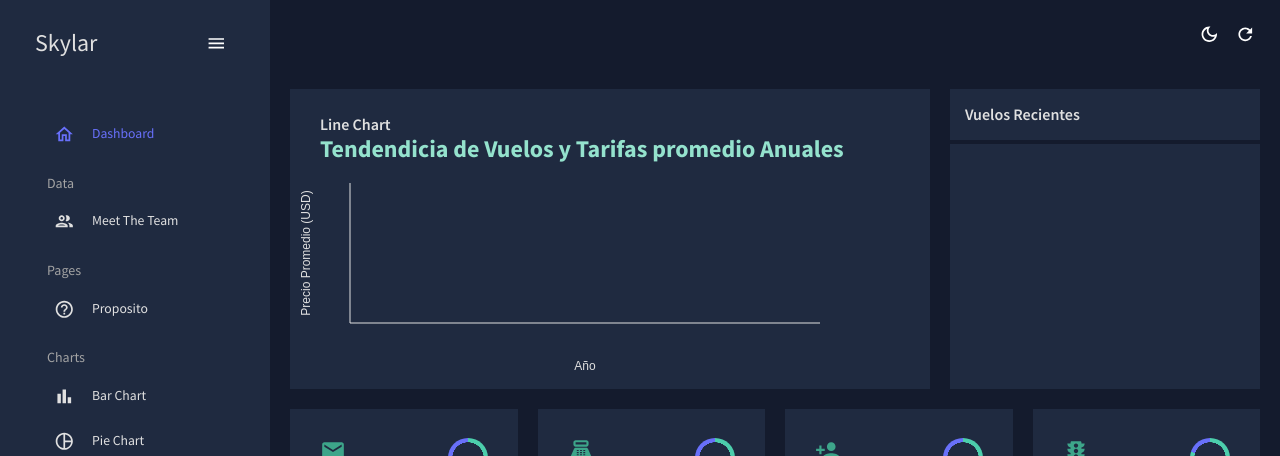
Repository: Carpinteron/Dashboard-DatabaseProject
Page: / (app in react-admin-dashboard-master/)
The author's editor kept a copy of each file at every save. The page is drawn from the files as they stood at one save, then again after a run of saves.
The browser window is 1280 px wide. The pictures show the part of the page from y = 0 to 456 px (the page is 871 px tall).
Pictures or frames that could not be fetched are drawn as grey boxes. The page's requests for data from a server got no answer. The project was rebuilt for these pictures with package versions that can differ from the ones it lists, and the page was loaded fresh each time. No one was signed in, and anything a server would have sent is missing. Also part of the build but not shown: react-admin-dashboard-master/src/components/Header.jsx, react-admin-dashboard-master/src/scenes/team/index.jsx, react-admin-dashboard-master/src/scenes/bar/index.jsx, react-admin-dashboard-master/src/scenes/bar2/index.jsx, react-admin-dashboard-master/src/scenes/form/index.jsx, react-admin-dashboard-master/src/scenes/line/index.jsx, react-admin-dashboard-master/src/components/PieChart.jsx, react-admin-dashboard-master/src/scenes/pie/index.jsx and 2 more.

Above is the page before, as saved 2025-05-04 17:38:29.

After the next 2 saves:
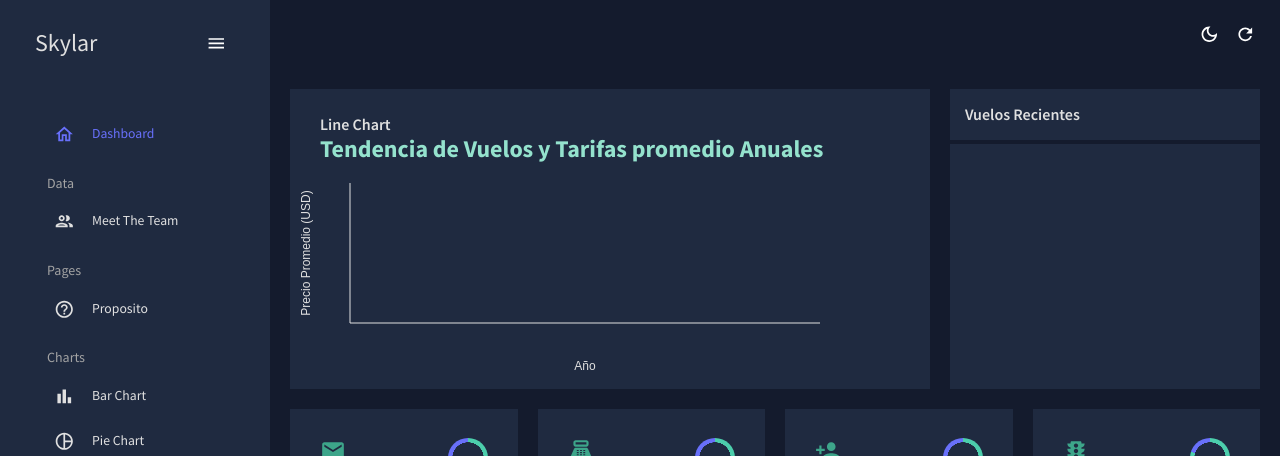
The 2 saves are shown as one change because they came seconds apart.
The last was saved 7 min 25 s later.
--- a/react-admin-dashboard-master/src/scenes/dashboard/index.jsx
+++ b/react-admin-dashboard-master/src/scenes/dashboard/index.jsx
@@ -25,7 +25,6 @@ const Dashboard = () => {
 const [recentFlights, setRecentFlights] = useState([]);
 
 useEffect(() => {
-  document.title = "Skylar";
   fetch("http://localhost:3001/api/lista-vuelos")
     .then((res) => res.json())
     .then((data) => setRecentFlights(data))
@@ -68,7 +67,7 @@ useEffect(() => {
                 fontWeight="bold"
                 color={colors.greenAccent[300]}
               >
-                Tendendicia de Vuelos y Tarifas promedio Anuales
+                Tendencia de Vuelos y Tarifas promedio Anuales
               </Typography>
             </Box>
 
@@ -229,7 +228,7 @@ useEffect(() => {
           backgroundColor={colors.primary[400]}
           padding="10px"
         >
-          Mapa
+          Vuelos Historicos con N Pasajeros
           <Box height="260px">
             <GeographyChart isDashboard={true} />
           </Box>
